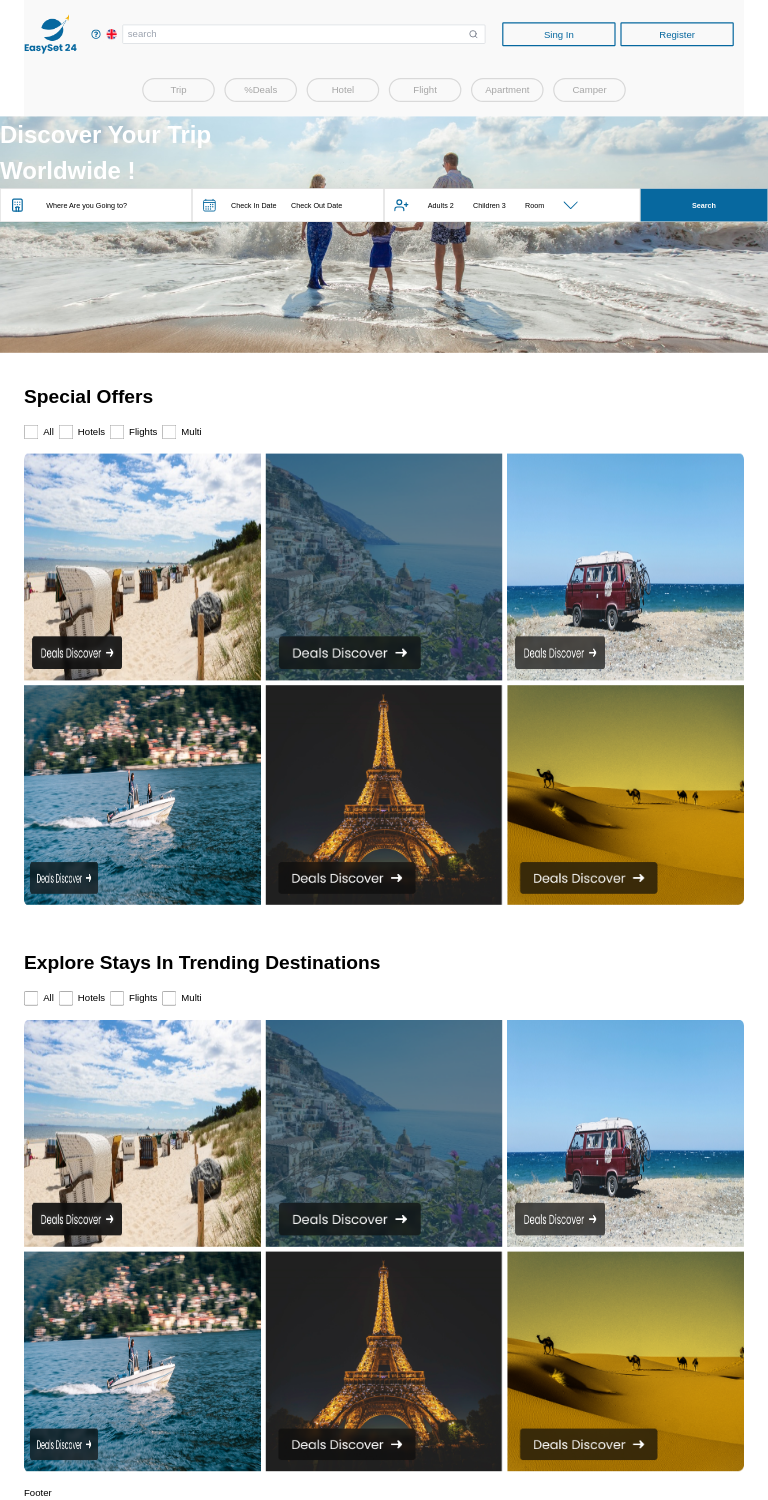
Repository: Quynhhuong150322/DIKO_STUDY_TRAVEL_WEB
Page: /
These files come from the project's save history. The page is drawn as it stood at one moment and after a run of saves; the edit follows.
The browser window is 1280 px wide. The pictures show the whole page, at 60% of full size.
The project was rebuilt for these pictures with package versions that can differ from the ones it lists, and the page was loaded fresh each time. Also part of the build but not shown: src/components/Login.js, src/components/Register.js. Imported but missing from the stored project, and not drawn on this page: src/redux/slices/authSlice.

Above is the page before, as saved 2024-02-23 10:41:28.

After the next 3 saves:
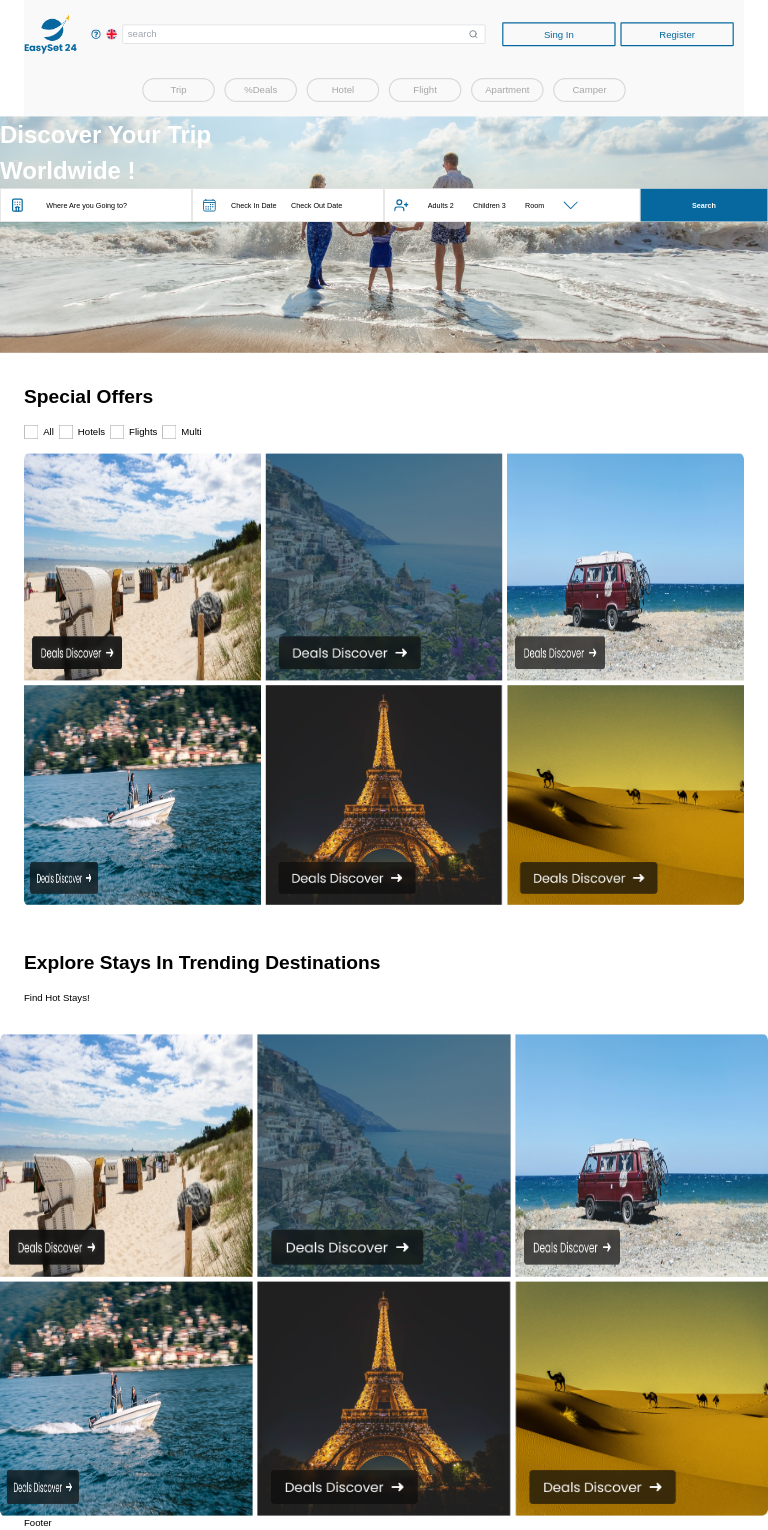
The 3 saves are shown as one change because 2 did not build or start.
The last was saved 47 s later.
--- a/src/pages/LangdingPage/Langding.js
+++ b/src/pages/LangdingPage/Langding.js
@@ -146,32 +146,20 @@ const Langding = () => {
       <div className='max-container py-6'>
         <div className='flex flex-col gap-6 py-6'>
           <h2 className='text-2xl font-bold'>Explore Stays In Trending Destinations</h2>
-          <div className='flex '>
-            <div className='flex justify-center items-center gap-2'>
-              {
-                ListMenu.map((data) => (
-                  <><input
-                    type="checkbox"
-                    className="w-[24px] h-[24px] border border-gray-300 px-2 py-1 focus:outline-none focus:border-1 focus:border-primary" />
-                    <label for="checkbox" className='text-base'>{data.name}</label>
-                  </>
-                ))
-              }
-            </div>
-          </div>
-        </div>
-        {/* image  */}
-        <div>
-          <div className='grid grid-cols-3 gap-2'>
-            {
-              ListImage.map((data) => (
-                <img src={data.img} alt="" className='w-full h-full' />
-              ))
-            }
-          </div>
+          <p>Find Hot Stays!</p>
         </div>
       </div>
-    </div >
+      {/* image  */}
+      <div>
+        <div className='grid grid-cols-3 gap-2'>
+          {
+            ListImage.map((data) => (
+              <img src={data.img} alt="" className='w-full h-full' />
+            ))
+          }
+        </div>
+      </div>
+    </div>
   )
 }
 
